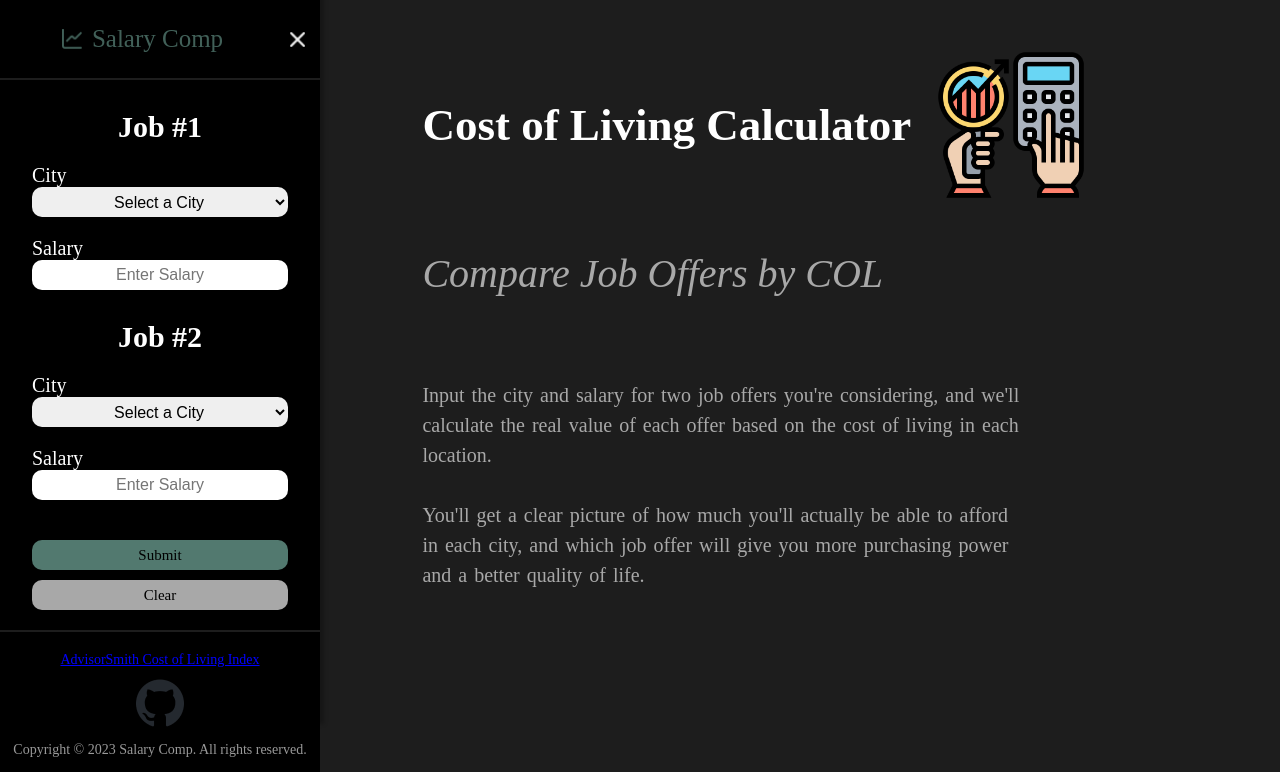
Repository: robbymcd/Salary-Comp
Page: /
An editor plug-in stored every save of this project. The page is shown before and after the next save, followed by the edit.
The browser window is 1280 px wide. The pictures show the whole page.
Some web fonts or font styles are not loaded; a fallback is used. The project was rebuilt for these pictures with package versions that can differ from the ones it lists, and the page was loaded fresh each time. Also part of the build but not shown: src/Main.css, src/Main.js.

Above is the page before, as saved 2023-06-16 11:43:42.

### public/index.html
<!DOCTYPE html>
<html lang="en">
  <head>
    <meta charset="utf-8" />
    <link rel="icon" href="%PUBLIC_URL%/favicon.ico" />
    <meta name="viewport" content="width=device-width, initial-scale=1" />
    <meta name="theme-color" content="#000000" />
    <meta
      name="description"
      content="Compare Job Offers by COL"
    />
    <link rel="apple-touch-icon" href="%PUBLIC_URL%/logo192.png" />
    <!--
      manifest.json provides metadata used when your web app is installed on a
      user's mobile device or desktop. See https://developers.google.com/web/fundamentals/web-app-manifest/
    -->
    <link rel="manifest" href="%PUBLIC_URL%/manifest.json" />
    <!--
      Notice the use of %PUBLIC_URL% in the tags above.
      It will be replaced with the URL of the `public` folder during the build.
      Only files inside the `public` folder can be referenced from the HTML.

      Unlike "/favicon.ico" or "favicon.ico", "%PUBLIC_URL%/favicon.ico" will
      work correctly both with client-side routing and a non-root public URL.
      Learn how to configure a non-root public URL by running `npm run build`.
    -->
    <title>Salary Comp</title>
  </head>
  <body>
    <noscript>You need to enable JavaScript to run this app.</noscript>
    <div id="root"></div>
    <!--
      This HTML file is a template.
      If you open it directly in the browser, you will see an empty page.

      You can add webfonts, meta tags, or analytics to this file.
      The build step will place the bundled scripts into the <body> tag.

      To begin the development, run `npm start` or `yarn start`.
      To create a production bundle, use `npm run build` or `yarn build`.
    -->
  </body>
</html>

### src/index.css
body {
  margin: 0;
  font-family: -apple-system, BlinkMacSystemFont, 'Segoe UI', 'Roboto', 'Oxygen',
    'Ubuntu', 'Cantarell', 'Fira Sans', 'Droid Sans', 'Helvetica Neue',
    sans-serif;
  -webkit-font-smoothing: antialiased;
  -moz-osx-font-smoothing: grayscale;
  height: 100%;
  width: 100%;
}

html {
  height: 100%;
  width: 100%;
  background-color: #1D1D1D;
}

code {
  font-family: source-code-pro, Menlo, Monaco, Consolas, 'Courier New',
    monospace;
}

### src/App.js
import React, { useState } from 'react';
import './App.css';
import Sidebar from './Sidebar.js';
import Content from './Content.js';

function App() {
  const [isSubmitted, setIsSubmitted] = useState(false);
  const [cityCOL1, setCityCOL1] = useState('');
  const [cityCOL2, setCityCOL2] = useState('');
  const [cityName1, setCityName1] = useState('');
  const [cityName2, setCityName2] = useState('');
  const [salary1, setSalary1] = useState('');
  const [salary2, setSalary2] = useState('');

  const handleFormSubmit = (formData) => {
    setIsSubmitted(true);
    setCityCOL1(formData.cityCOL1);
    setCityCOL2(formData.cityCOL2);
    setCityName1(formData.cityName1);
    setCityName2(formData.cityName2);
    setSalary1(formData.salary1);
    setSalary2(formData.salary2);
  };

  return (
    <div className="main">
        <Sidebar onFormSubmit={handleFormSubmit}/>
        <Content isSubmitted={isSubmitted} cityCOL1={cityCOL1} cityCOL2={cityCOL2} cityName1={cityName1} cityName2={cityName2} salary1={salary1} salary2={salary2} />
    </div>
  );
}

export default App;

### src/App.css
.main {
    display: flex;
    flex-direction: row;
    height: 200%;
    width: 100%;
    background-color: #1D1D1D;
}

### src/Sidebar.js
import React, { useState, useRef } from 'react';
import plus from './plus.png';
import './Sidebar.css';
import chart from './chart.png';
import github from './github.png';
import x from './x.png';
import './OpenSidebar.css';
import './Select.css';

export default function Sidebar( { onFormSubmit } ) {
    const [isOpen, setIsOpen] = useState(true);
    const [isClosed, setIsClosed] = useState(false);

    const [city1, setCity1] = useState('0');
    const [city2, setCity2] = useState('0');

    const [salary1, setSalary1] = useState('');
    const [salary2, setSalary2] = useState('');


    const [error, setError] = useState(false);

    const selectRef1 = useRef(null);
    const selectRef2 = useRef(null);

    const formatSalary = (salary) => {
        salary = salary.replace(/[^0-9]/g, '');

        // Convert the salary to a number and format it with commas
        const formattedSalary = Number(salary).toLocaleString();

        // Add the '$' symbol
        return '$' + formattedSalary;
    }

    const openSidebar = () => {
        setIsOpen(true);
        setIsClosed(false);
    }

    const closeSidebar = () => {
        setIsOpen(false);
        setIsClosed(true);
    }

    const city1ChangeHandler = (event) => {
        setCity1(event.target.value)
    }

    const city2ChangeHandler = (event) => {
        setCity2(event.target.value);
    }


    const salary1ChangeHandler = (event) => {
        const inputValue = event.target.value;
        const formattedValue = formatSalary(inputValue);
        const regex = /\d/;

        if (regex.test(formattedValue[formattedValue.length - 1])) {
          setSalary1(formattedValue);
        } else {
            setSalary1(formattedValue.slice(0, formattedValue.length - 1));
        }
      }


    const salary2ChangeHandler = (event) => {
        const inputValue = event.target.value;
        const formattedValue = formatSalary(inputValue);
        const regex = /\d/;
        if (regex.test(formattedValue[formattedValue.length - 1])) {
            setSalary2(formattedValue);
        } else {
            setSalary2(formattedValue.slice(0, formattedValue.length - 1));
        }
    }

    const refresh = () => {
        window.location.reload(false);
    }

    const submitHandler = (event) => {
        event.preventDefault();
        if (city1 === '0' | city2 === '0' | salary1 === '' | salary2 === '') {
            setError(true);
            return;
        }
        setError(false);
        const formData = {
            cityCOL1: city1,
            cityCOL2: city2,
            cityName1: selectRef1.current.options[selectRef1.current.selectedIndex].text,
            cityName2: selectRef2.current.options[selectRef2.current.selectedIndex].text,
            salary1: salary1,
            salary2: salary2
        };
        onFormSubmit(formData);
    }

    const clearHandler = (event) => {
        event.preventDefault();
        setError(false);
        setCity1('0');
        setCity2('0');
        setSalary1('');
        setSalary2('');
    }

    return (
        <div className="sidebar">
            {isClosed && (
                <div className='closed-sidebar'>
                <img
                    className="plusIcon"
                    src={plus}
                    alt="plus"
                    onClick={openSidebar}
                />
            </div>
            )}
            {isOpen && (
                <div className='open-sidebar'>
                <div className='sidebar-header'>
                    <div className='logo' onClick={refresh}>
                        <img className='chart' src={chart} alt='Chart'></img>
                        <p>Salary Comp</p>
                    </div>
                    <img className='x' src={x} alt='x' onClick={closeSidebar}></img>
                </div>
                <form className='form' onSubmit={onFormSubmit}>
                    <h1>Job #1</h1>
                    <div className='city'>
                        <label>City</label>
                        <div className="select-main">
                            <select ref={selectRef1} value={city1} className='select-input' onChange={city1ChangeHandler}>
                                <option value='0'>Select a City</option>
                                <option value='89.1'>Abilene, TX</option>
                                <option value='90.5'>Adrian, MI</option>
                                <option value='89.4'>Akron, OH</option>
                                <option value='85.8'>Alamogordo, NM</option>
                                <option value='87.3'>Albany, GA</option>
                                <option value='105.4'>Albany, OR</option>
                                <option value='100.1'>Albany, NY</option>
                                <option value='90.9'>Albertville, AL</option>
                                <option value='92.9'>Albuquerque, NM</option>
                                <option value='86.2'>Alexandria, LA</option>
                                <option value='98.9'>Allentown, PA</option>
                                <option value='90.8'>Altoona, PA</option>
                                <option value='88.2'>Amarillo, TX</option>
                                <option value='91.5'>Ames, IA</option>
                                <option value='110.7'>Anchorage, AK</option>
                                <option value='99.3'>Ann Arbor, MI</option>
                                <option value='85.7'>Anniston, AL</option>
                                <option value='90.7'>Appleton, WI</option>
                                <option value='103.3'>Asheville, NC</option>
                                <option value='87.4'>Ashtabula, OH</option>
                                <option value='88.5'>Athens, OH</option>
                                <option value='92.9'>Athens, TX</option>
                                <option value='95'>Athens, GA</option>
                                <option value='100.3'>Atlanta, GA</option>
                                <option value='102'>Atlantic City, NJ</option>
                                <option value='93.7'>Auburn, NY</option>
                                <option value='91.9'>Auburn, AL</option>
                                <option value='91.6'>Augusta, GA</option>
                                <option value='100'>Augusta, ME</option>
                                <option value='106.6'>Austin, TX</option>
                                <option value='102.9'>Bakersfield, CA</option>
                                <option value='107'>Baltimore, MD</option>
                            </select>
                        </div>
                    </div>
                    <div className='salary'>
                        <label>Salary</label>
                        <input className='salary-input' type='text' placeholder='Enter Salary' onChange={salary1ChangeHandler} value={salary1}></input>
                    </div>
                    <h1>Job #2</h1>
                    <div className='city'>
                        <label>City</label>
                        <div className="select-main">
                            <select ref={selectRef2} value={city2} className='select-input' onChange={city2ChangeHandler}>
                                <option value='0'>Select a City</option>
                                <option value='89.1'>Abilene, TX</option>
                                <option value='90.5'>Adrian, MI</option>
                                <option value='89.4'>Akron, OH</option>
                                <option value='85.8'>Alamogordo, NM</option>
                                <option value='87.3'>Albany, GA</option>
                                <option value='105.4'>Albany, OR</option>
                                <option value='100.1'>Albany, NY</option>
                                <option value='90.9'>Albertville, AL</option>
                                <option value='92.9'>Albuquerque, NM</option>
                                <option value='86.2'>Alexandria, LA</option>
                                <option value='98.9'>Allentown, PA</option>
                                <option value='90.8'>Altoona, PA</option>
                                <option value='88.2'>Amarillo, TX</option>
                                <option value='91.5'>Ames, IA</option>
                                <option value='110.7'>Anchorage, AK</option>
                                <option value='99.3'>Ann Arbor, MI</option>
                                <option value='85.7'>Anniston, AL</option>
                                <option value='90.7'>Appleton, WI</option>
                                <option value='103.3'>Asheville, NC</option>
                                <option value='87.4'>Ashtabula, OH</option>
                                <option value='88.5'>Athens, OH</option>
                                <option value='92.9'>Athens, TX</option>
                                <option value='95'>Athens, GA</option>
                                <option value='100.3'>Atlanta, GA</option>
                                <option value='102'>Atlantic City, NJ</option>
                                <option value='93.7'>Auburn, NY</option>
                                <option value='91.9'>Auburn, AL</option>
                                <option value='91.6'>Augusta, GA</option>
                                <option value='100'>Augusta, ME</option>
                                <option value='106.6'>Austin, TX</option>
                                <option value='102.9'>Bakersfield, CA</option>
                                <option value='107'>Baltimore, MD</option>
                            </select>
                        </div>
                    </div>
                    <div className='salary'>
                        <label>Salary</label>
                        <input className='salary-input' type='text' placeholder='Enter Salary' onChange={salary2ChangeHandler} value={salary2}></input>
                        {error && <p className='error'>Please fill out all fields</p>}
                    </div>
                    <div className='button-container'>
                        <div className='submit-container'>
                            <button className='submit' onClick={submitHandler} type='submit'>Submit</button>
                        </div>
                        <div className='clear-container'>
                            <button className='clear' onClick={clearHandler}>Clear</button>
                        </div>
                    </div>
                </form>
                <div className='footer'>
                    <div className='hiw'>
                        <a href='https://advisorsmith.com/data/coli' target='_blank' rel='noopener noreferrer'>AdvisorSmith Cost of Living Index</a>
                    </div>
                    <img className='github' src={github} alt='github'></img>
                    <p className='copyright'>Copyright © 2023 Salary Comp. All rights reserved.</p>
                </div>
            </div>
            )}
        </div>
    );
}

### src/Content.js
import React from 'react';
import './Content.css';
import Instruction from './Instruction.js';
import Main from './Main.js';

export default function Content({ isSubmitted ,cityCOL1 ,cityCOL2, cityName1, cityName2 , salary1, salary2 }) {

    return (
        <div className='Content-container'>
            {isSubmitted ? <Main cityCOL1={cityCOL1} cityCOL2={cityCOL2} cityName1={cityName1} cityName2={cityName2} salary1={salary1} salary2={salary2}/> : <Instruction />}
        </div>
    );
}

### src/Sidebar.css
@import url('https://fonts.googleapis.com/css?family=Roboto-Mono');
@import url('https://fonts.googleapis.com/css?family=Mukta-Vaani');
.sidebar {
    display: flex;
    height: 100vh;
    width: fit-content;
}

.closed-sidebar {
    display: flex;
    height: 100vh;
    width: fit-content;
    margin-right: 22vw;
}

.plusIcon {
    height: 30px;
    width: 30px;
    margin-left: 20px;
    align-self: center;
    cursor: pointer;
}

.plusIcon:hover {
    opacity: 0.5;
}

.error {
    display: flex;
    font-size: 15px;
    margin-bottom: -15px;
    color: #BA1F33;
}

.button-container {
    display: flex;
    flex-direction: column;
    gap: 10px;
    margin-top: 20px;
}

.submit-container {
    display: flex;
}

.submit {
    height: 30px;
    width: clamp(100px, 20vw, 300px);
    border-radius: 10px;
    border: none;
    outline: none;
    cursor: pointer;
    background-color: #52796F;
    font-family: Mukta Vaani;
    font-size: 15px;
    color: #000;
    box-shadow: 0px 4px 4px rgba(0, 0, 0, 0.25);
}

.submit:hover {
    opacity: 0.8;
}

.clear-container {
    display: flex;
}

.clear {
    height: 30px;
    width: clamp(100px, 20vw, 300px);
    border-radius: 10px;
    border: none;
    outline: none;
    cursor: pointer;
    background-color: #a8a8a8;
    font-family: Mukta Vaani;
    font-size: 15px;
    color: #000;
    box-shadow: 0px 4px 4px rgba(0, 0, 0, 0.25);
}

.clear:hover {
    opacity: 0.8;
}

@media screen and (min-width: 1650px) {
    .button-container {
        gap: 20px;
    }
}

### src/OpenSidebar.css
@import url('https://fonts.googleapis.com/css?family=Roboto-Mono');
@import url('https://fonts.googleapis.com/css?family=Mukta-Vaani');

.open-sidebar {
    display: flex;
    flex-direction: column;
    height: 100vh;
    width: 25vw;
    background-color: #000;
    box-shadow: 0px 0px 4px 4px rgba(0, 0, 0, 0.25);
    margin-right: 8vw;
    transition: transform 0.3s ease-in-out;
}

.sidebar-header {
    display: flex;
    width: 25vw;
    border-bottom: 2px solid #1d1d1d;
    justify-content: space-between;
    align-items: center;
}

.sidebar-wrapper {
    display: inline-block;
}

.centering {
    display: flex;
    flex-direction: row;
    width: 100%;
    align-self: center;
    align-items: center;
    justify-content: center;
}

.logo {
    display: flex;
    flex-direction: row;
    width: 100%;
    align-items: center;
    justify-content: center;
    gap: 10px;
    cursor: pointer;
}

.logo:hover {
    opacity: .8;
}

.logo p {
    font-family: Roboto Mono;
    color: #52796F;
    font-size: 25px;
}

.chart {
    height: 20px;
    width: 20px;
}

.city {
    display: flex;
    flex-direction: column;
    font-family: Mukta Vaani;
    font-style: normal;
    font-weight: 300;
    font-size: 20px;
    color: #fff;
}

.salary{
    display: flex;
    flex-direction: column;
    font-family: Mukta Vaani;
    font-style: normal;
    font-weight: 300;
    font-size: 20px;
    color: #fff;
}

.salary label {
    display: flex;
    justify-self: center;
}

.form {
    display: flex;
    flex-direction: column;
    font-family: Mukta Vaani;
    height: 100%;
    align-items: center;
    gap: 20px;
    border-bottom: 2px solid #1d1d1d;
    justify-content: center;
    padding: 20px;
}

.form h1 {
    color: #fff;
    font-family: Roboto Mono;
    font-size: 30px;
    font-weight: 700;
    font-style: normal;
    text-align: center;
    margin-top: 10px;
    margin-bottom: 0px;
}

select {
    cursor: pointer;
}

input {
    text-decoration: none;
    height: 30px;
    width: clamp(100px, 20vw, 300px);
    border-radius: 10px;
    outline: none;
    border: none;
    padding: 0;
    text-align: center;
    font-size: 16px;
    cursor: pointer;
}

.salarycomp {
    height: 80px;
    width: 360px;
}

.x {
    height: 25px;
    width: 25px;
    cursor: pointer;
    margin-right: 10px;
}

.x:hover {
    opacity: 0.5;
    transition: ease-in-out 0.2s;
}

.footer {
    display: flex;
    flex-direction: column;
    align-items: center;
    justify-content: center;
    width: 100%;
    background-color: #000;
}

.footer p {
    color: #fff;
    opacity: .6;
    font-family: 'Mukta Vaani';
    font-style: normal;
    font-weight: 300;
    font-size: 14px;
}

.hiw {
    display: flex;
    flex-direction: row;
    align-items: center;
    justify-content: center;
    margin-top: 20px;
    margin-bottom: 10px;
}

.hiw a {
    font-size: 14px;
    font-weight: 300;
    font-family: 'Mukta Vaani';
    color: blue;
}

.hiw

.github {
    height: 50px;
    width: 50px;
    margin-top: 10px;
    cursor: pointer;
}

.github:hover {
    opacity: 0.8;
}

@media screen and (max-width: 1000px) {
    .footer p {
        font-size: 10px;
    }
}

@media screen and (min-height: 800px) {
    .form h1 {
        margin-top: 0;
        margin-bottom: 20px;
    }

    input {
        margin-bottom: 50px;
    }
}

### src/Select.css
.select-main {
    text-decoration: none;
    height: 30px;
    width: clamp(100px, 20vw, 300px);
    border-radius: 10px;
    outline: none;
    text-align: center;
    font-size: 16px;
}

.select-main select {
    text-align: center;
    text-decoration: none;
    outline: none;
    border: none;
    height: 30px;
    width: clamp(100px, 20vw, 300px);
    border-radius: 10px;
    font-size: 16px;
    padding-left: 10px;
}

### src/Content.css
@import url('https://fonts.googleapis.com/css?family=Kadwa');
@import url('https://fonts.googleapis.com/css?family=Hind-Madurai');

.Content-container {
    display: flex;
    width: 100%;
}

.header {
    display: flex;
    flex-direction: row;
    align-items: center;
    margin-top: 50px;
    gap: 25px;
}

.content h1 {
    font-family: Kadwa;
    font-weight: bold;
    font-size: 45px;
    height: 100%;
    margin: 0;
}

.content h2 {
    font-family: Hind Madurai;
    font-size: 40px;
    color: #a8a8a8;
    margin-top: 50px;
    width: 75%;
    font-weight: 500;
    font-style: italic;
}

.content p {
    display: flex;
    width: 50vw;
    font-family: Hind Madurai;
    font-size: 20px;
    color: #a8a8a8;
    word-spacing: 2px;
    line-height: 1.5;
    margin-top: 50px;
    width: 70%;
}

.content {
    display: flex;
    flex-direction: column;
    color: #fff;
    height: fit-content;
    width: 100%;
    justify-items: center;
}

.calculator {
    display: flex;
    height: 150px;
    width: 150px;
}

### src/Instruction.js
import calculator from './calculator.png';

export default function Instruction() {
    return (
        <div className="content">
            <div className="header">
                <h1>Cost of Living Calculator</h1>
                <img className="calculator" src={calculator} alt='calculator'></img>
            </div>
            <h2>Compare Job Offers by COL</h2>
            <p>Input the city and salary for two job offers you're considering, and we'll calculate the real value of each offer based on the cost of living in each location.<br/><br/>You'll get a clear picture of how much you'll actually be able to afford in each city, and which job offer will give you more purchasing power and a better quality of life.
            </p>
        </div>
    );
}

Loaded but not shown: src/index.js (common file); src/reportWebVitals.js (common file)

After the next save:
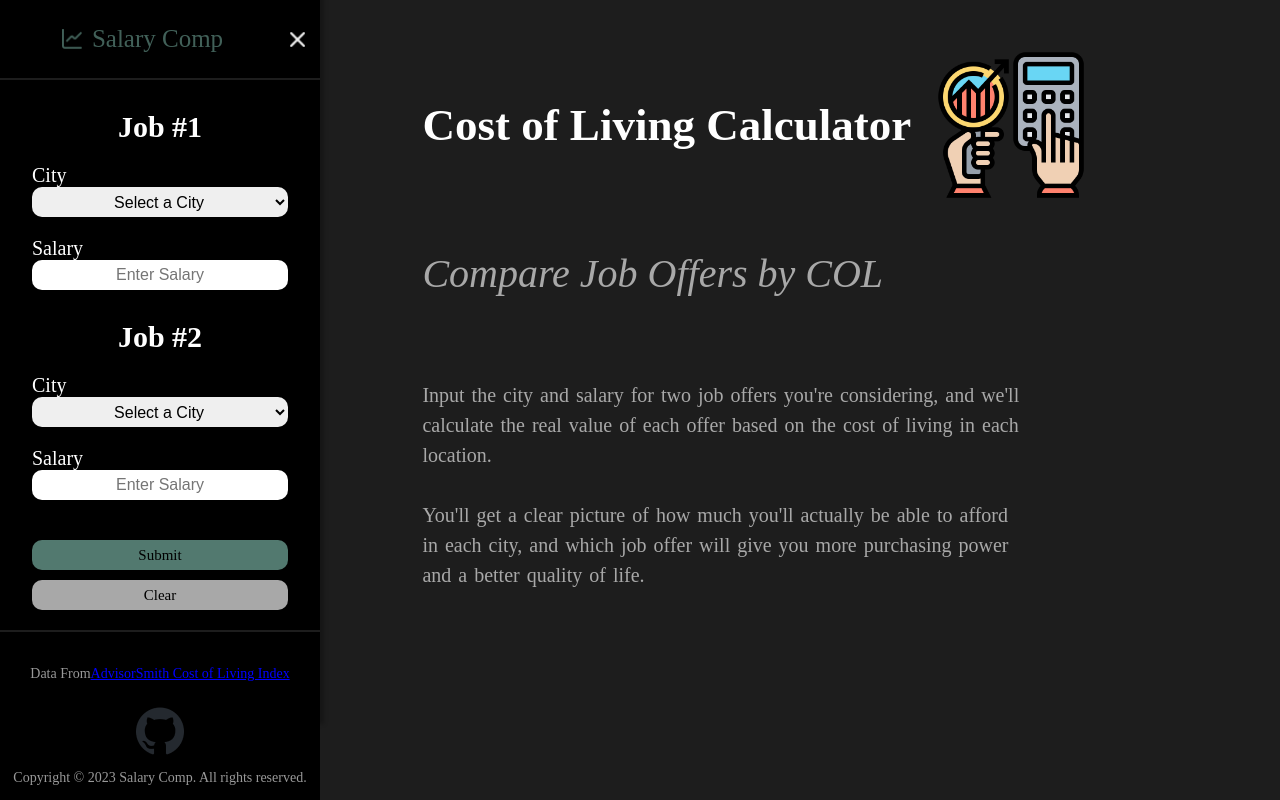
Saved 15 s later.
--- a/src/Sidebar.js
+++ b/src/Sidebar.js
@@ -231,6 +231,7 @@ export default function Sidebar( { onFormSubmit } ) {
                 </form>
                 <div className='footer'>
                     <div className='hiw'>
+                        <p>Data From</p>
                         <a href='https://advisorsmith.com/data/coli' target='_blank' rel='noopener noreferrer'>AdvisorSmith Cost of Living Index</a>
                     </div>
                     <img className='github' src={github} alt='github'></img>
